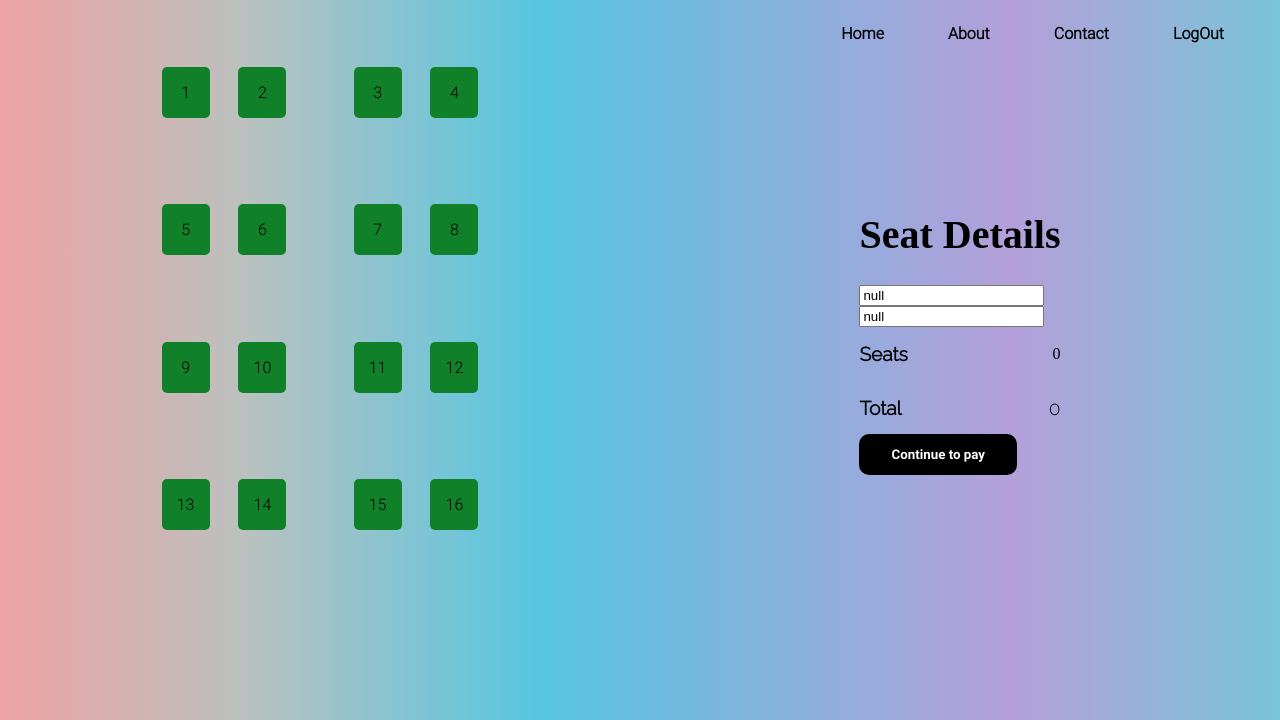
Repository: Savindushehan/RouteMaster-Group-project
Page: http://localhost/RouterMaster/UpdateBooking.jsp
An editor plug-in stored every save of this project. The page is shown before and after the next save, followed by the edit.
The browser window is 1280 px wide. The pictures show the whole page.
The page is served by Tomcat 10.

Above is the page before, as saved 2023-10-24 05:52:08.

After the next save:
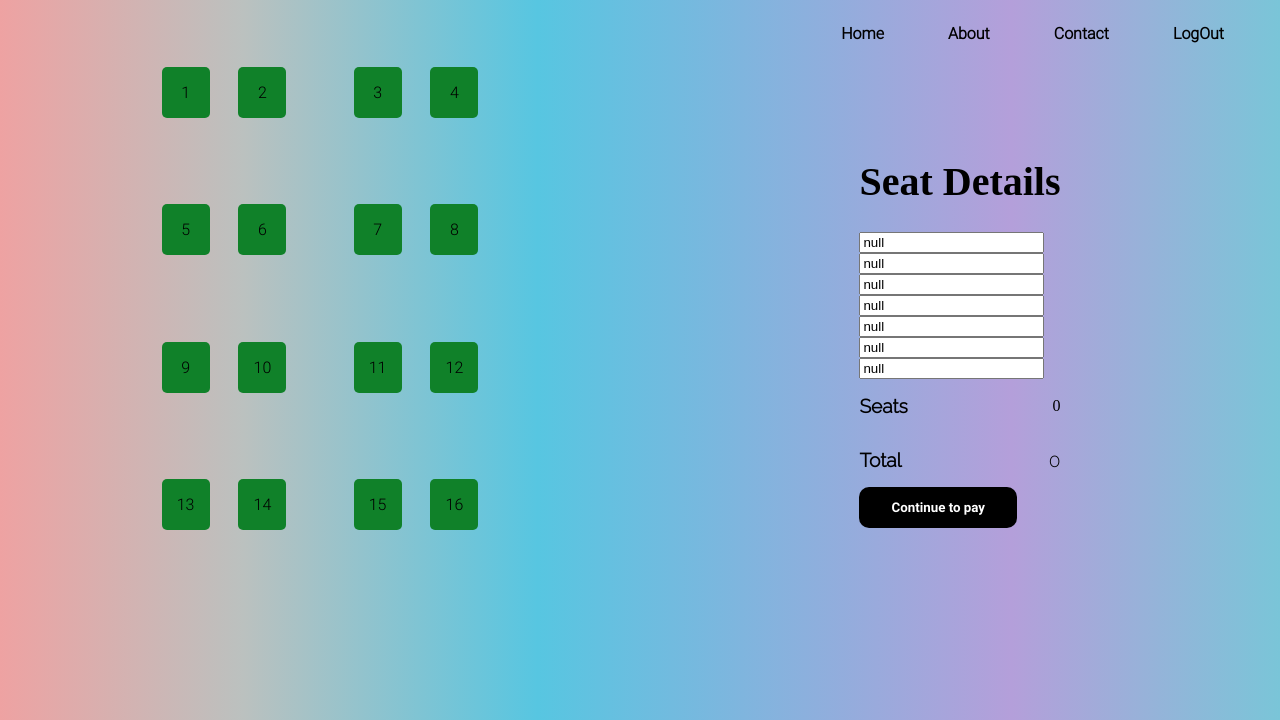
Saved 19 min 43 s later.
--- a/RouteMaster/RouterMaster/src/main/webapp/UpdateBooking.jsp
+++ b/RouteMaster/RouterMaster/src/main/webapp/UpdateBooking.jsp
@@ -228,19 +228,19 @@
   <input type="text" name="FID" value="<%=FID%>" readonly>
  </div>
  <div class="column10">
-  <input type="hidden" name="place" value="<%=place%>" readonly>
+  <input type="text" name="place" value="<%=place%>" readonly>
  </div>
  <div class="column10">
-   <input type="hidden" name="Venue" value="<%=venue%>" readonly>
+   <input type="text" name="Venue" value="<%=venue%>" readonly>
  </div>
   <div class="column10">
-   <input type="hidden" name="date" value="<%=date%>" readonly>
+   <input type="text" name="date" value="<%=date%>" readonly>
  </div>
   <div class="column10">
-   <input type="hidden" name="seats1" value="<%=seats%>">
+   <input type="text" name="seats1" value="<%=seats%>">
  </div>
   <div class="column10">
-   <input type="hidden" name="payment" value="<%=payment%>">
+   <input type="text" name="payment" value="<%=payment%>">
  </div>
 
     <div class="details1">
